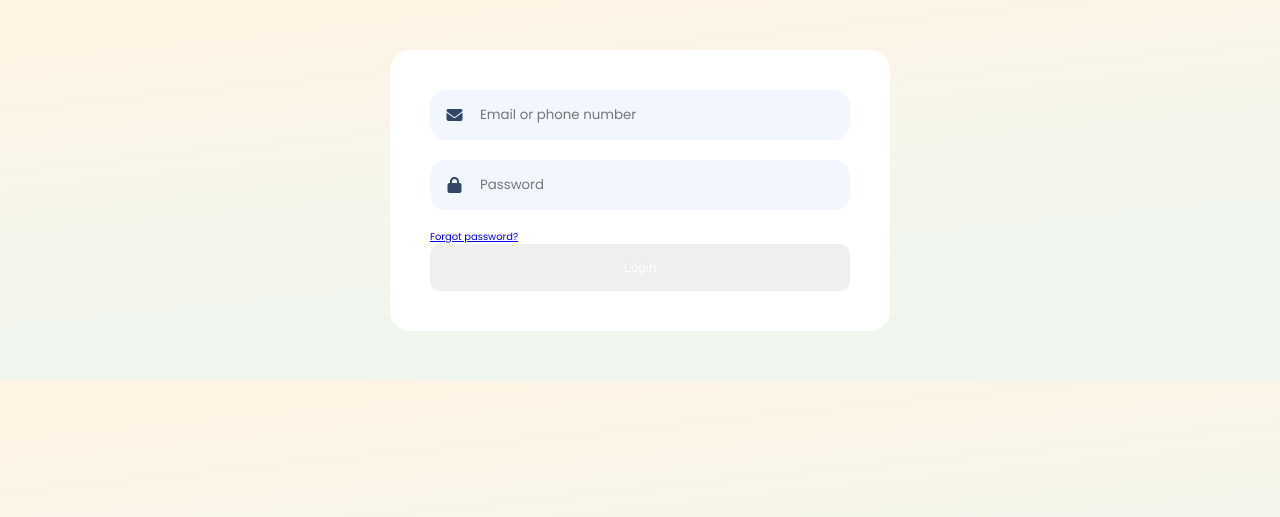
Repository: VuTuanAnh0949/loginForm
Page: index.html
An editor plug-in stored every save of this project. The page is shown before and after the next save, followed by the edit.
The browser window is 1280 px wide. The pictures show the whole page.

Above is the page before, as saved 2022-04-15 20:54:17.

### index.html
<!DOCTYPE html>
<html lang="en">
<head>
  <meta charset="UTF-8">
  <meta http-equiv="X-UA-Compatible" content="IE=edge">
  <meta name="viewport" content="width=device-width, initial-scale=1.0">
  <link
  href="https://fonts.googleapis.com/css2?family=Poppins:wght@300;400;600&display=swap"
  rel="stylesheet"
/>
<link rel="stylesheet" href="style.css">
<link rel="stylesheet" href="/fontawesome-free-6.1.1-web/css/all.css">
  <title>Login</title>
</head>
<body>
  <div class="login">
    <div class="login-field">
      <i class="fa-solid fa-envelope login-icon"></i>
      <input type="email" class="login-input" placeholder="Email or phone number">
    </div>
    <div class="login-field">
      <i class="fa-solid fa-lock login-icon"></i>
      <input type="password" class="login-input" placeholder="Password">
    </div>
    <a href="#" class="login__forgot--password">Forgot password?</a>
    <button class="login-submit">Login</button>
  </div>
</body>
</html>

### style.css
html{
  font-size: 62%;
  font-family: "Poppins", sans-serif;
}
*{
box-sizing: border-box;
}
body{
  background-image: linear-gradient( 174.2deg,  rgba(255,244,228,1) 7.1%, rgba(240,246,238,1) 67.4% );
}
.login{
width: 500px;
margin: 50px auto;
padding: 40px;
background-color: white;
border-radius: 20px;
}
.login-field{
  display: flex;
  align-items: center;
  background-color: #f2f7ff;
  padding: 15px;
  margin-bottom: 20px;
  border-radius: 16px;
}
.login-icon{
  color: #344667;
  font-size: 16px;
  width: 20px;
  text-align: center;

}
.login-input{
  font-family: "Poppins", sans-serif;
  border: 0;
  padding: 0 0 0 16px;
  background-color: transparent;
  width: 100%;
  outline: none;
}
.login-submit{
  color: white;
  border-radius: 10px;
  display: block;
  width: 100%;
  border: 0;
  padding: 16px 10px;
}

Loaded but not shown: fontawesome-free-6.1.1-web/css/all.css (library)

After the next save:
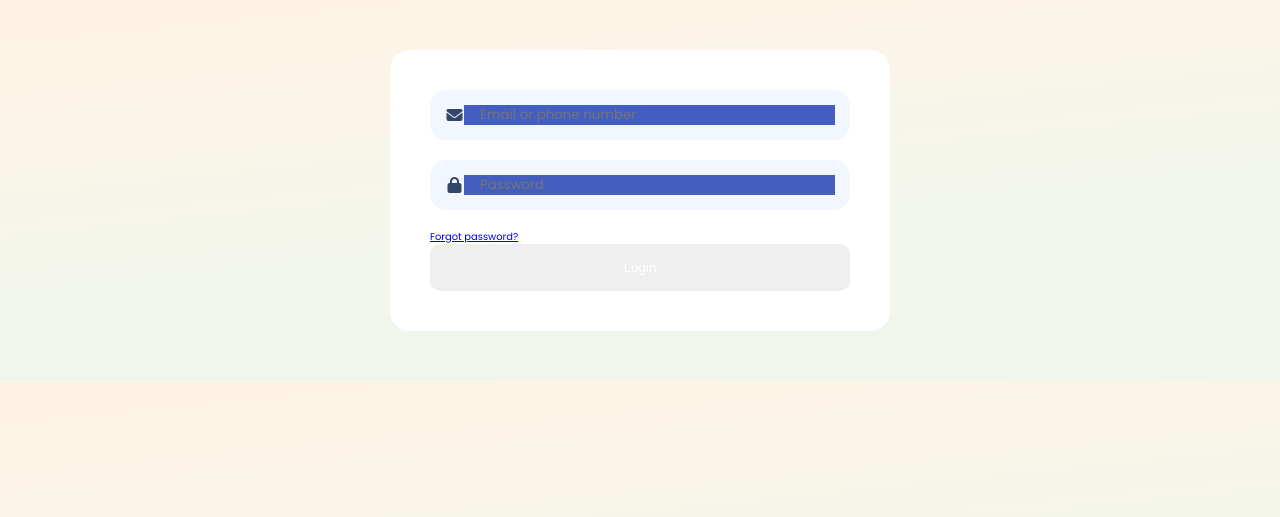
Saved 52 s later.
--- a/style.css
+++ b/style.css
@@ -37,6 +37,7 @@ border-radius: 20px;
   background-color: transparent;
   width: 100%;
   outline: none;
+  background-color: #435ebe;
 }
 .login-submit{
   color: white;
